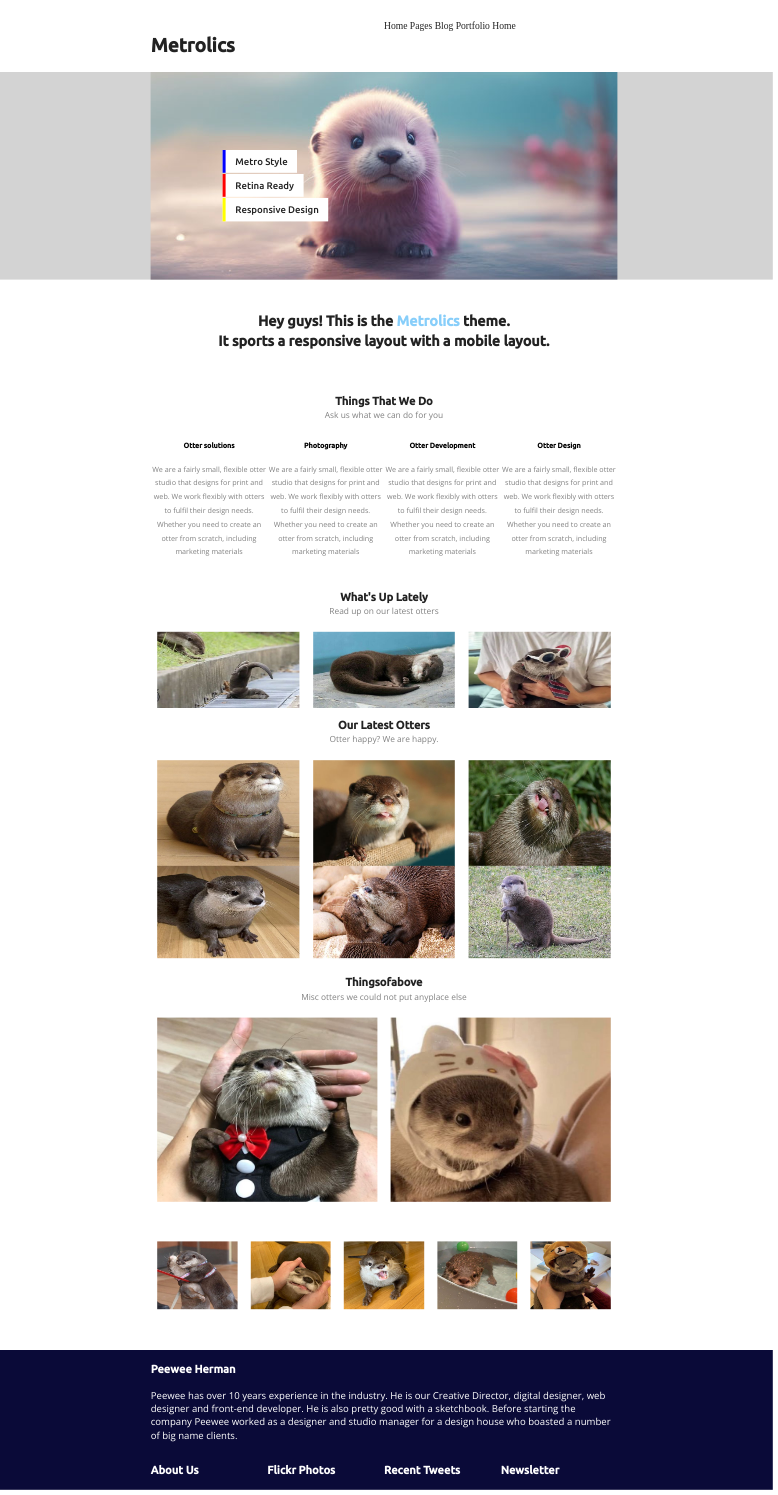
Repository: kennyharman/Marlowe_Kenny_Lab_02B
Page: index.html
These files come from the project's save history. The page is drawn as it stood at one moment and after the next save; the edit follows.
The browser window is 1280 px wide. The page is 1296 px wide, so the pictures cover 1296 px, including what lies to the right of the window. The pictures show the whole page, at 60% of full size.

Above is the page before, as saved 2024-02-08 18:32:55.

### index.html
<!doctype html>
<html class="no-js" lang="EN">

<head>
  <meta charset="utf-8">
  <meta name="viewport" content="width=device-width, initial-scale=1">
  <title></title>
  <link rel="stylesheet" href="css/style.css">
  <link href="https://fonts.googleapis.com/css2?family=Open+Sans:ital,wght@0,400;0,700;1,400&family=Ubuntu:ital,wght@0,300;0,500;1,300&display=swap" rel="stylesheet">
  <meta name="description" content="">

  <meta property="og:title" content="Metrolics page">
  <meta property="og:type" content="website">
  <meta property="og:url" content="http://localhost:8888/metrolics/">

  <link rel="icon" href="/favicon.ico" sizes="any">
  <link rel="icon" href="/icon.svg" type="image/svg+xml">
  <link rel="apple-touch-icon" href="icon.png">

  <link rel="manifest" href="site.webmanifest">
  <meta name="theme-color" content="#fafafa">
</head>

<body class="page">
  <script src="js/app.js"></script>

<header class="page__header">
  <div class="row m-col-2 l-col-2 menu">
    <div class="col header__menu-logo">
      <h1>Metrolics</h1>
    </div>
    <div class="col header__menu-nav">
      Home
      Pages
      Blog
      Portfolio
      Home
    </div>
</header>

<main>
  <div class="page__banner">
    <div class="col banner-header">
      <img src="images/pink_otter.jpg">
      <ul class="listed-items">
        <li>Metro Style</li>
        <li>Retina Ready</li>
        <li>Responsive Design</li>
      </ul>
    </div>
  </div>
  <div class="page__section">
    <div class="row header">
      <div class="col header-text">
        <h2>Hey guys! This is the <span class="text__color-change">Metrolics</span> theme.<br/>It sports a responsive layout with a mobile layout.</h2>
      </div>
    </div>
  </div>

  <div class="section-services">
    <div class="row m-col-2 l-col-4">
      <div class="col m-row-span l-row-span heading">
        <h3>Things That We Do</h3>
        <p>Ask us what we can do for you</p>
      </div>
      <div class="col services-card">
        <h4>Otter solutions</h4>
        We are a fairly small, flexible otter studio that designs for print and web. We work flexibly with otters to fulfil their design needs. Whether you need to create an otter from scratch, including marketing materials
      </div>
      <div class="col services-card">
        <h4>Photography</h4>
        We are a fairly small, flexible otter studio that designs for print and web. We work flexibly with otters to fulfil their design needs. Whether you need to create an otter from scratch, including marketing materials
      </div>
      <div class="col services-card">
        <h4>Otter Development</h4>
        We are a fairly small, flexible otter studio that designs for print and web. We work flexibly with otters to fulfil their design needs. Whether you need to create an otter from scratch, including marketing materials
      </div>
      <div class="col services-card">
        <h4>Otter Design</h4>
        We are a fairly small, flexible otter studio that designs for print and web. We work flexibly with otters to fulfil their design needs. Whether you need to create an otter from scratch, including marketing materials
      </div>
    </div>
  </div>
    </div>
  </div>

  <div class="section-work">
    <div class="row m-col-2 l-col-3">
      <div class="col m-row-span l-row-span heading">
        <h3>What's Up Lately</h3>
        <p>Read up on our latest otters</p>
      </div>
      <div class="col m-row-span image">
        <img src="images/otter7.jpg" alt="Otter Fall">
      </div>
      <div class="col image">
        <img src="images/otter8.jpg" alt="Sleepy Otter">
      </div>
      <div class="col image">
        <img src="images/otter9.jpg" alt="Madi the Otter">
      </div>
    </div>
  </div>

  <div class="section-projects">
    <div class="row m-col-2 l-col-3">
      <div class="col m-row-span l-row-span heading">
        <h3>Our Latest Otters</h3>
        <p>Otter happy? We are happy.</p>
      </div>
      <div class="col image">
        <img src="images/otter1.jpg" alt="Curious Otter">
      </div>
      <div class="col image">
        <img src="images/otter2.jpg" alt="Teasing Otter">
      </div>
      <div class="col image">
        <img src="images/otter3.jpg" alt="Otter Playing Dead">
      </div>
      <div class="col image">
        <img src="images/otter4.jpg" alt="Pondering Otter">
      </div>
      <div class="col image">
        <img src="images/otter5.jpg" alt="Loving Otters">
      </div>
      <div class="col image">
        <img src="images/otter6.jpg" alt="Wise Otter">
      </div>
    </div>
  </div>

  <div class="section-misc">
    <div class="row l-col-2">
      <div class="col l-row-span heading">
        <h3>Thingsofabove</h3>
        <p>Misc otters we could not put anyplace else</p>
      </div>
      <div class="col misc-content">
        <img src="images/otter10.jpg" alt="Snazzy Otter">
      </div>
      <div class="col misc-content">
        <img src="images/otter11.jpg" alt="Hello Kitty Otter">
      </div>
    </div>
  </div>

  <div class="section-affiliates">
    <div class="row m-col-5 l-col-5">
      <div class="col affiliates-card">
        <img src="images/otter12.jpg" alt="Otter Hug">
      </div>
      <div class="col affiliates-card">
        <img src="images/otter13.jpg" alt="Otter Stretch">
      </div>
      <div class="col affiliates-card">
        <img src="images/otter14.jpg" alt="Surprised Otter">
      </div>
      <div class="col affiliates-card">
        <img src="images/otter15.jpg" alt="Otter Bath">
      </div>
      <div class="col affiliates-card">
        <img src="images/otter16.jpg" alt="Otter Bear">
      </div>
    </div>
  </div>
</main>
<footer class="page__footer">
  <div class="row m-col-2 l-col-4 footer">
    <div class="col m-row-span l-row-span footer-heading">
      <h3>Peewee Herman</h3>
      <p>Peewee has over 10 years experience in the industry. He is our Creative Director, digital designer, web designer and front-end developer. He is also pretty good with a sketchbook. Before starting the company Peewee worked as a designer and studio manager for a design house who boasted a number of big name clients.</p>
    </div>
    <div class="col footer-item">
      <h3>About Us</h3>
    </div>
    <div class="col footer-item">
      <h3>Flickr Photos</h3>
    </div>
    <div class="col footer-item">
      <h3>Recent Tweets</h3>
    </div>
    <div class="col footer-item">
      <h3>Newsletter</h3>
    </div>
  </div>
</footer>
</body>

### css/style.css
/*! HTML5 Boilerplate v9.0.0-RC1 | MIT License | https://html5boilerplate.com/ */

/* main.css 3.0.0 | MIT License | https://github.com/h5bp/main.css#readme */
/*
 * What follows is the result of much research on cross-browser styling.
 * Credit left inline and big thanks to Nicolas Gallagher, Jonathan Neal,
 * Kroc Camen, and the H5BP dev community and team.
 */

/* ==========================================================================
   Base styles: opinionated defaults
   ========================================================================== */

html {
  color: #222;
  font-size: 1em;
  line-height: 1.4;
  margin-left: -1rem;
  margin-right: -1rem;
}

/*
 * Remove text-shadow in selection highlight:
 * https://twitter.com/miketaylr/status/12228805301
 *
 * Customize the background color to match your design.
 */

::-moz-selection {
  background: #b3d4fc;
  text-shadow: none;
}

::selection {
  background: #b3d4fc;
  text-shadow: none;
}

/*
 * A better looking default horizontal rule
 */

hr {
  display: block;
  height: 1px;
  border: 0;
  border-top: 1px solid #ccc;
  margin: 1em 0;
  padding: 0;
}

/*
 * Remove the gap between audio, canvas, iframes,
 * images, videos and the bottom of their containers:
 * https://github.com/h5bp/html5-boilerplate/issues/440
 */

audio,
canvas,
iframe,
img,
svg,
video {
  vertical-align: middle;
}

/*
 * Remove default fieldset styles.
 */

fieldset {
  border: 0;
  margin: 0;
  padding: 0;
}

/*
 * Allow only vertical resizing of textareas.
 */

textarea {
  resize: vertical;
}

/* ==========================================================================
   Author's custom styles
   ========================================================================== */

/* ==========================================================================
   Helper classes
   ========================================================================== */

/*
 * Hide visually and from screen readers
 */

.hidden,
[hidden] {
  display: none !important;
}

/*
 * Hide only visually, but have it available for screen readers:
 * https://snook.ca/archives/html_and_css/hiding-content-for-accessibility
 *
 * 1. For long content, line feeds are not interpreted as spaces and small width
 *    causes content to wrap 1 word per line:
 *    https://medium.com/@jessebeach/beware-smushed-off-screen-accessible-text-5952a4c2cbfe
 */

.visually-hidden {
  border: 0;
  clip: rect(0, 0, 0, 0);
  height: 1px;
  margin: -1px;
  overflow: hidden;
  padding: 0;
  position: absolute;
  white-space: nowrap;
  width: 1px;
  /* 1 */
}

/*
 * Extends the .visually-hidden class to allow the element
 * to be focusable when navigated to via the keyboard:
 * https://www.drupal.org/node/897638
 */

.visually-hidden.focusable:active,
.visually-hidden.focusable:focus {
  clip: auto;
  height: auto;
  margin: 0;
  overflow: visible;
  position: static;
  white-space: inherit;
  width: auto;
}

/*
 * Hide visually and from screen readers, but maintain layout
 */

.invisible {
  visibility: hidden;
}

/*
 * Clearfix: contain floats
 *
 * The use of `table` rather than `block` is only necessary if using
 * `::before` to contain the top-margins of child elements.
 */

.clearfix::before,
.clearfix::after {
  content: "";
  display: table;
}

.clearfix::after {
  clear: both;
}

/* ==========================================================================
   EXAMPLE Media Queries for Responsive Design.
   These examples override the primary ('mobile first') styles.
   Modify as content requires.
   ========================================================================== */

@media only screen and (min-width: 35em) {
  /* Style adjustments for viewports that meet the condition */
}

@media print,
  (-webkit-min-device-pixel-ratio: 1.25),
  (min-resolution: 1.25dppx),
  (min-resolution: 120dpi) {
  /* Style adjustments for high resolution devices */
}

/* ==========================================================================
   Print styles.
   Inlined to avoid the additional HTTP request:
   https://www.phpied.com/delay-loading-your-print-css/
   ========================================================================== */

@media print {
  *,
  *::before,
  *::after {
    background: #fff !important;
    color: #000 !important;
    /* Black prints faster */
    box-shadow: none !important;
    text-shadow: none !important;
  }

  a,
  a:visited {
    text-decoration: underline;
  }

  a[href]::after {
    content: " (" attr(href) ")";
  }

  abbr[title]::after {
    content: " (" attr(title) ")";
  }

  /*
   * Don't show links that are fragment identifiers,
   * or use the `javascript:` pseudo protocol
   */
  a[href^="#"]::after,
  a[href^="javascript:"]::after {
    content: "";
  }

  pre {
    white-space: pre-wrap !important;
  }

  pre,
  blockquote {
    border: 1px solid #999;
    page-break-inside: avoid;
  }

  tr,
  img {
    page-break-inside: avoid;
  }

  p,
  h2,
  h3 {
    orphans: 3;
    widows: 3;
  }

  h2,
  h3 {
    page-break-after: avoid;
  }
}

/* Our Styling */

h1,
h2,
h3,
h4,
h5,
h6 {
    font-family: 'Ubuntu', sans-serif;
}

p {
    font-family: 'Open Sans', sans-serif;
}

.row {
  display: grid;
  margin-top: 2rem;
}
.col {
  position: relative;
}

.page__header,
.banner-header,
.page__section,
.section-services,
.section-work,
.section-projects,
.section-misc,
.section-affiliates,
.footer {
  margin: auto;
  width: 60%;
}

.heading {
  display: flex;
  flex-direction: column;
  align-items: center;
  padding: 0 auto;
}

.heading > h3 {
  margin-bottom: 0;
}

.heading > p {
  margin-top: 0;
  font-size: 14px;
  color: grey;
}

.header-text {
  text-align: center;
}

.text__color-change {
  color: lightskyblue;
}

.listed-items {
  position: absolute;
  top: 7rem;
  left: 5rem;
  list-style-type: none;
}

.listed-items > li {
  background-color: white;
  margin-top: 2px;
  padding-top: 0.5rem;
  padding-bottom: 0.5rem;
  font-family: 'Ubuntu', sans-serif;
}

.listed-items li:nth-child(1) {
  border-left: solid 5px blue;
  padding-left: 1rem;
  padding-right: 1rem;
  width: fit-content;
}

.listed-items li:nth-child(2) {
  border-left: solid 5px red;
  padding-left: 1rem;
  padding-right: 1rem;
  width: fit-content;
}

.listed-items li:nth-child(3) {
  border-left: solid 5px yellow;
  padding-left: 1rem;
  padding-right: 1rem;
  width: fit-content;
}

.banner-header {
  position: relative;
}

.services-card {
  text-align: center;
  font-size: 12px;
  padding: 0px;
  color: grey;
  font-family: 'Open Sans', sans-serif;
  line-height: 23px;
}

.services-card > h4 {
  color: black;
}

.image {
  padding: 0.7rem;
  margin-bottom: -100px;
}

.image > img {
  width: 100%;
  height: 70%;
}

.misc-content {
  margin-top: 1.5rem;
  margin: 0.7rem;
  margin-bottom: -2rem;
}

.misc-content > img {
  width: 100%;
  height: 85%;
}

.affiliates-card {
  margin: 0.7rem;
  margin-bottom: 3rem;
}

.affiliates-card > img {
  width: 100%;
  height: 85%;;
}

.banner-header {
  justify-content: center;
}

.banner-header > img {
  width: 100%;
  max-height: 70%;
}

.page__banner {
  background-color: lightgray;
}

.page__footer {
  background-color: rgb(10, 10, 56);
  color: white;
}

/* Small only */
@media screen and (max-width: 39.9375em) {
  .page__header,
.banner-header,
.page__section,
.section-services,
.section-work,
.section-projects,
.section-misc,
.section-affiliates,
.footer {
  margin: auto;
  width: 20rem;
}

.header {
  margin: -5px;
}
  .header__menu-nav {
    display: none;
  }
  .page__banner {
    display: none;
  }
  .affiliates {
    display: none;
  }
  .misc {
    display: none;
  }
  .services-card {
    text-align: left;
    font-size: 12px;
    padding: 0px;
    color: grey;
    font-family: 'Open Sans', sans-serif;
    line-height: 15px;
    padding-top: 20px;
  }
  .services-card > h4 {
    line-height: 0px;
  }
}

/* Medium only */
@media screen and (min-width: 40em) and
(max-width: 63.9375em) {
  .row {
    max-width: 70rem;
    column-gap: 1.5rem;
    row-gap: 1.5rem;
    margin: 0 auto;
  }
  .m-col-2 {
    grid-template-columns: 1fr 1fr;
  }
  .m-col-3 {
    grid-template-columns: repeat(3, 1fr);
  }
  .m-col-4 {
    grid-template-columns: repeat(4, 1fr);
  }
  .m-col-5 {
    grid-template-columns: repeat(5, 1fr);
  }

  .m-row-span {
    grid-column-start: 1;
    grid-column-end: -1;
  }
}

/* Large only */
@media screen and (min-width: 64em) {
  .l-col-2 {
    grid-template-columns: 1fr 1fr;
  }
  .l-col-3 {
    grid-template-columns: repeat(3, 1fr);
  }
  .l-col-4 {
    grid-template-columns: repeat(4, 1fr);
  }
  .l-col-5 {
    grid-template-columns: repeat(5, 1fr);
  }

  .l-row-span {
    grid-column-start: 1;
    grid-column-end: -1;
  }
}

Loaded but not shown: js/app.js (no stored copy; drawn as an empty file)

After the next save:
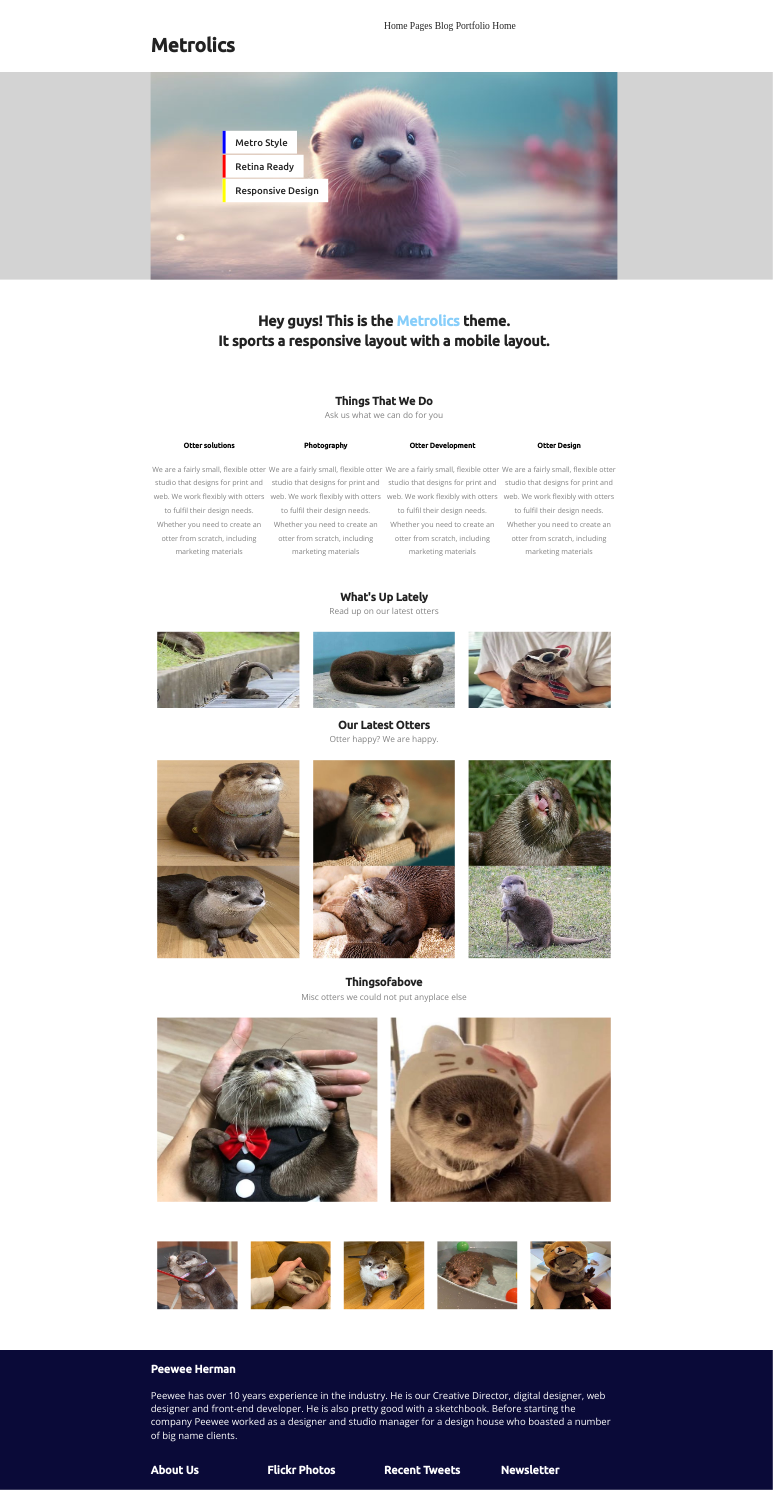
Saved 2 min 59 s later.
--- a/css/style.css
+++ b/css/style.css
@@ -310,7 +310,7 @@ p {
 
 .listed-items {
   position: absolute;
-  top: 7rem;
+  top: 5rem;
   left: 5rem;
   list-style-type: none;
 }
